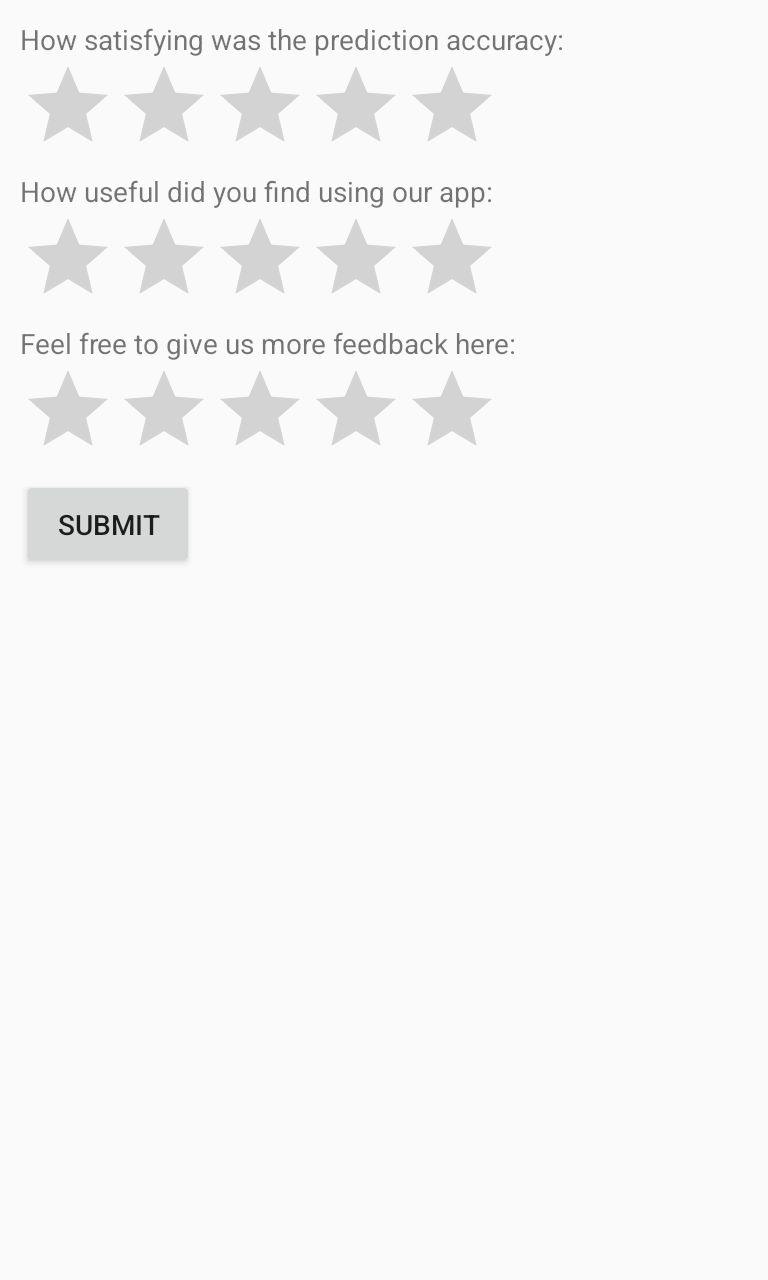
Repository: hessfr/contextRecognition
Layout: androidProjects/ContextRecognition/res/layout/activity_rating.xml
These files come from the project's save history. The layout is drawn as it stood at one moment and after the next save; the edit follows.
It is drawn on a 768 x 1280 px phone screen (xhdpi) without system bars, with theme AppTheme; the app's code is not run.

Above is the layout before, as saved 2014-05-30 07:37:44.

After the next save:
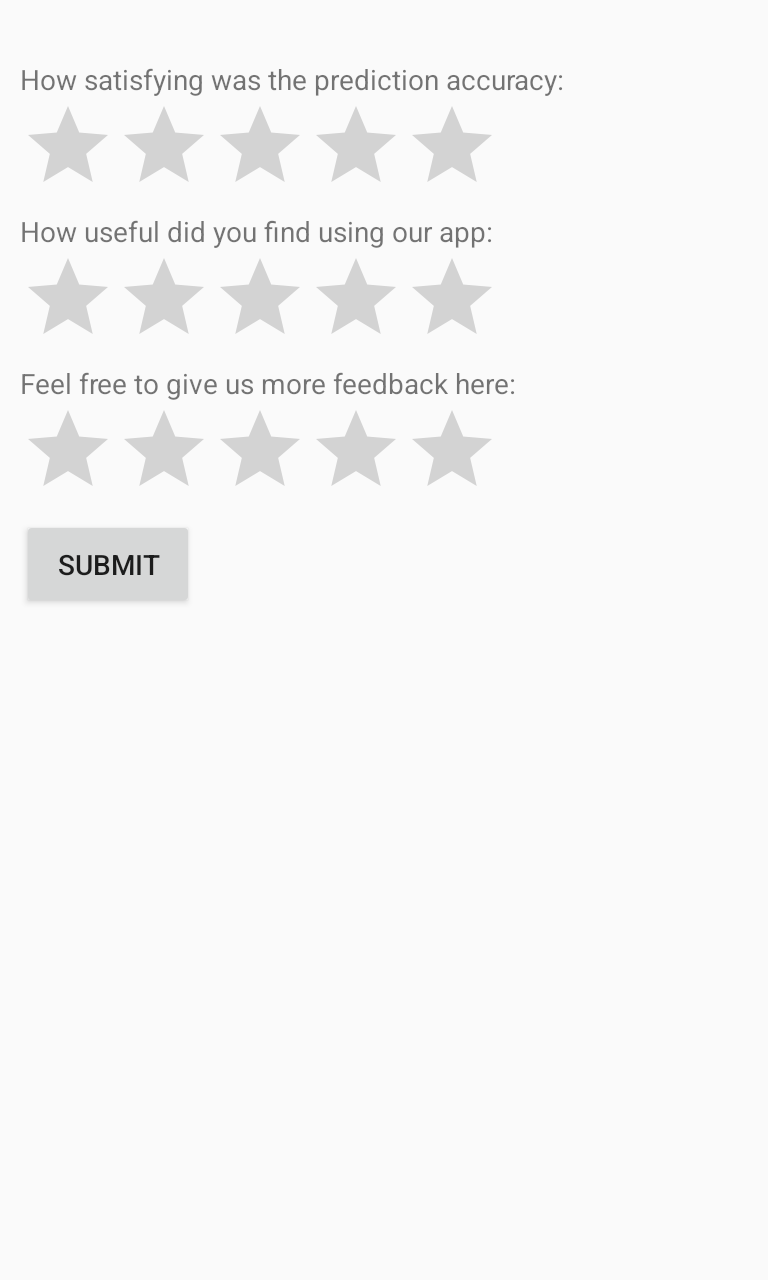
Saved 75 s later.
--- a/androidProjects/ContextRecognition/res/layout/activity_rating.xml
+++ b/androidProjects/ContextRecognition/res/layout/activity_rating.xml
@@ -13,7 +13,7 @@
             <RelativeLayout
 		        android:layout_width="match_parent"
 		        android:layout_height="match_parent"
-		        android:layout_centerHorizontal="True" >
+		        android:layout_marginTop="20dp" >
 			    <TextView android:layout_width="fill_parent"
 			        android:layout_height="wrap_content"
 			        android:layout_centerHorizontal="True"
